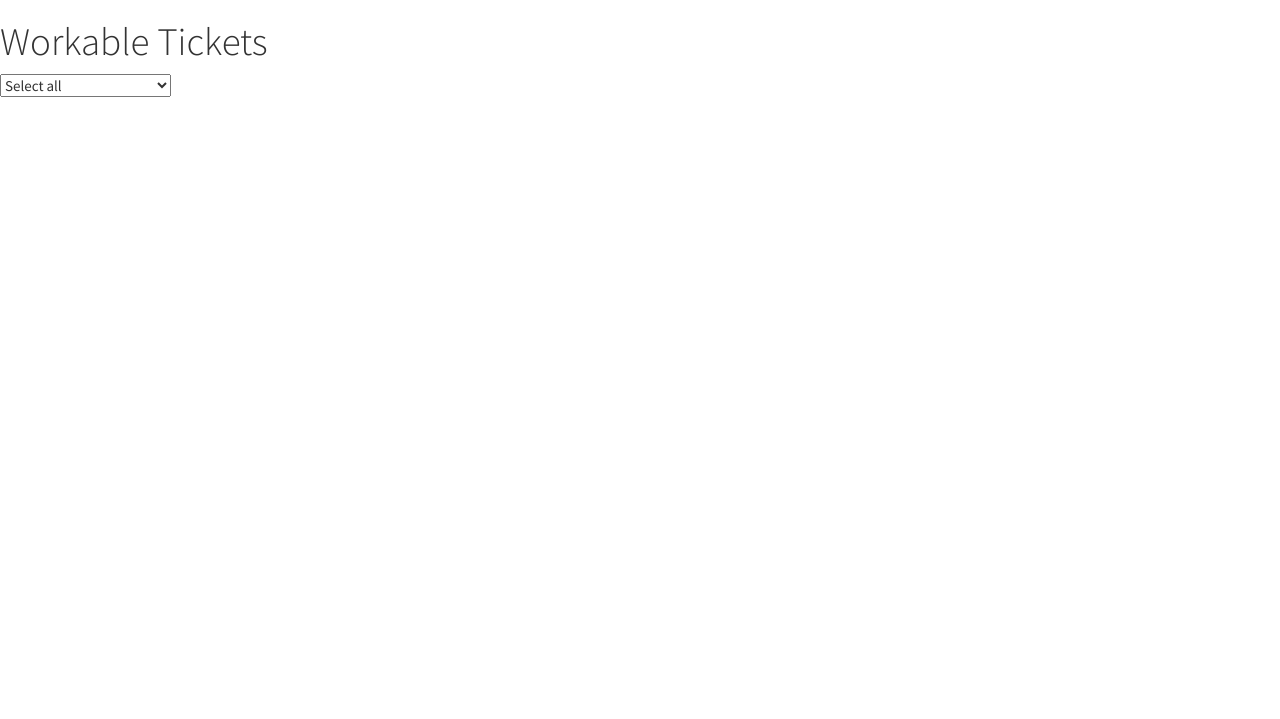
Repository: RChanco/Workable-Tickets-Dashboard
Page: index.html
The author's editor kept a record of every edit. The page is drawn from the files as they stood at one moment, then again after the next edit.
The browser window is 1280 px wide. The pictures show the whole page.

Above is the page before.
Console error (its wording comes from the project's code and is left out).

### index.html
<!DOCTYPE html>
<html lang="en">
<head>
    <meta charset="UTF-8">
    <meta name="viewport" content="width=device-width, initial-scale=1.0">
    <meta http-equiv="X-UA-Compatible" content="ie=edge">
    <title>Workable Tickets Dashboard</title>

    <link rel="stylesheet" href="static/css/bootstrap.min.css" type="text/css" />
    <link rel="stylesheet" href="static/css/dc.min.css" type="text/css" />

    <script type="text/javascript" src="static/js/d3.min.js"></script>
    <script type="text/javascript" src="static/js/crossfilter.min.js"></script>
    <script type="text/javascript" src="static/js/dc.min.js"></script>
    <script type="text/javascript" src="static/js/queue.min.js"></script>
    <script type="text/javascript" src="static/js/graph.js"></script>

</head>
<body>
    <h1>Workable Tickets</h1>


    <div id="status-selector"></div>

    <div id="case-owner"></div>



    <div id="average-days-old"></div>

    <div id="case-country"></div>

</body>
</html>

### static/js/graph.js
queue()
    .defer(d3.csv,"data/Open_Tickets.csv")
     .await(makeGraphs);

function makeGraphs(error, ticketsData) {
    var ndx = crossfilter(ticketsData);

    show_status_selector(ndx);
    show_case_owner(ndx);
    show_case_country(ndx);

    dc.renderAll();

}

function show_status_selector(ndx) {
    var dim = ndx.dimension(dc.pluck('Status'));
    var group = dim.group();

    dc.selectMenu("#status-selector")
        .dimension(dim)
        .group(group);
}
function show_case_owner(ndx) {
    var dim = ndx.dimension(dc.pluck('CaseOwner'));
    var group = dim.group();

    dc.barChart("#case-owner")
        .width(650)
        .height(300)
/*        .margins({top: 10, right: 50, bottom: 30, left: 50}) */
        .dimension(dim)
        .group(group)
        .transitionDuration(500)
/*        .x(d3.scale.ordinal())
        .xUnits(dc.units.ordinal)
        .xAxisLabel("Case Owner")
        .yAxis().ticks(20); */
}

function show_case_country(ndx) {
    var dim = ndx.dimension(dc.pluck('CaseCountry'));
    var group = dim.group();

    dc.pieChart("#case-country")
        .width(650)
        .height(300)
/*        .margins({top: 10, right: 50, bottom: 30, left: 50})  */
        .dimension(dim)
        .group(group)
        .transitionDuration(500)
/*        .x(d3.scale.ordinal())
        .xUnits(dc.units.ordinal)
        .xAxisLabel("Case Country")
        .yAxis().ticks(20); */
}

Loaded but not shown: static/css/bootstrap.min.css (library); static/css/dc.min.css (library); static/js/d3.min.js (library); static/js/crossfilter.min.js (library); static/js/dc.min.js (library); static/js/queue.min.js (common file)

After the next edit:
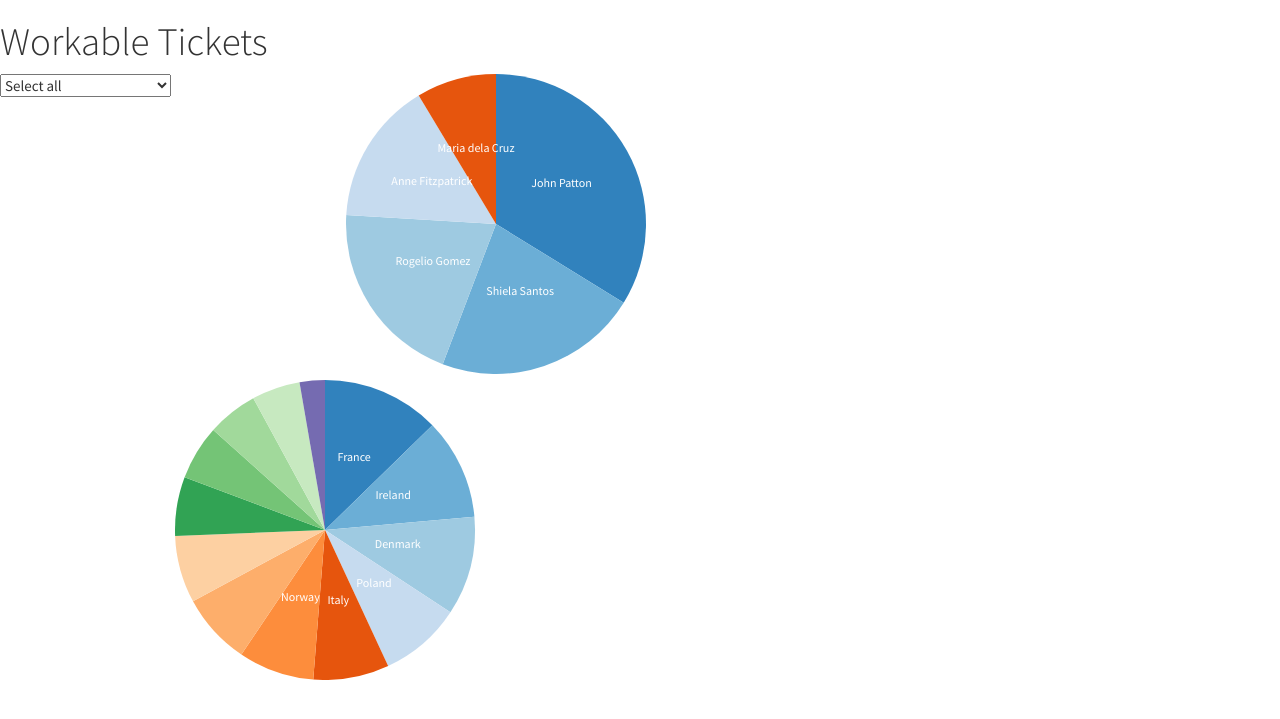
The error is gone.
The edit:
--- a/static/js/graph.js
+++ b/static/js/graph.js
@@ -25,7 +25,7 @@
     var dim = ndx.dimension(dc.pluck('CaseOwner'));
     var group = dim.group();
 
-    dc.barChart("#case-owner")
+    dc.pieChart("#case-owner")
         .width(650)
         .height(300)
 /*        .margins({top: 10, right: 50, bottom: 30, left: 50}) */
